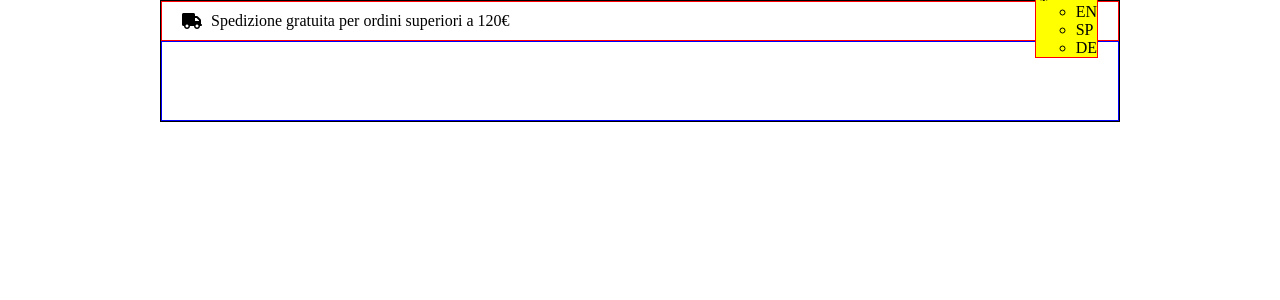
Repository: jacoporm1989/studioFlexbox
Page: FLEXBOX/Header+Navbar1/index.html
The author's editor kept a copy of each file at every save. The page is drawn from the files as they stood at one save, then again after the next save.
The browser window is 1280 px wide. The pictures show the whole page.
The pointer rests on the first visible `.lingue`.

Above is the page before, as saved 2026-06-08 18:04:30.

### FLEXBOX/Header+Navbar1/index.html
<!DOCTYPE html>
<html lang="en">

<head>
    <meta charset="UTF-8">
    <meta name="viewport" content="width=device-width, initial-scale=1.0">

    <link rel="stylesheet" href="https://cdnjs.cloudflare.com/ajax/libs/font-awesome/6.5.2/css/all.min.css">
    <link rel="stylesheet" href="index.css">
    <title>Primo header</title>
</head>

<body>


    <div class="container">


        <header>

            <div class="up">

                <div class="spedizione">

                    <i class="fa-solid fa-truck"></i>
                    <p>Spedizione gratuita per ordini superiori a 120€</p>

                </div>

                <div class="right-bar">
                    <ul class="complete-right-bar">
                        <li><a href="#">Aiuto</a></li>
                        <li><a href="#">Traccia il tuo ordine</a></li>
                        <li class="lingue">
                            <i class="fa-solid fa-globe"></i>
                            <a href="#">IT
                                <i class="fa fa-arrow-down" aria-hidden="true"></i></a>
                            <ul class="sub-lingue">
                                <li>EN</li>
                                <li>SP</li>
                                <li>DE</li>
                            </ul>

                        </li>
                    </ul>


                </div>

            </div>


            <nav>



            </nav>
        </header>



    </div>
</body>

</html>

### FLEXBOX/Header+Navbar1/index.css
* {
    box-sizing: border-box;
    margin: 0;
}

a {
    all:unset;
    cursor: pointer;
}

a:hover {
    background-color:black;
    color: white;
}


.container {

    border: 1px solid black;
    width: 75%;
    margin: auto;

}



.up {
    width: 100%;
    border: 1px solid red;
    height: 40px;
    display:flex;
    flex-direction:row;
    justify-content:space-between;
}


.spedizione{
    display:flex;
    flex-direction:row;
    justify-content:center;
    align-items: center;
    gap:9px;
    margin-left:20px;
}

.right-bar{
    display:flex;
    flex-direction:row;
    justify-content:center;
    align-items: center;
    margin-right:20px;
}

.sub-lingue{
    display:none;
}

.lingue:hover .sub-lingue{
    display:flex;
    flex-direction:column;
}



.complete-right-bar{
    display:flex;
    flex-direction:row;
    list-style: none;
    padding-left: 0;
    margin-left: 0;
    gap:10px;
}


.sub-lingue{
    display:none;
}




.lingue:hover .sub-lingue{
    display:flex;
    flex-direction:column;
}


.lingue {
    background: yellow;
    border: 1px solid red;
}

nav {
    width: 100%;
    border: 1px solid blue;
    height: 80px;
    display:flex;
}

After the next save:
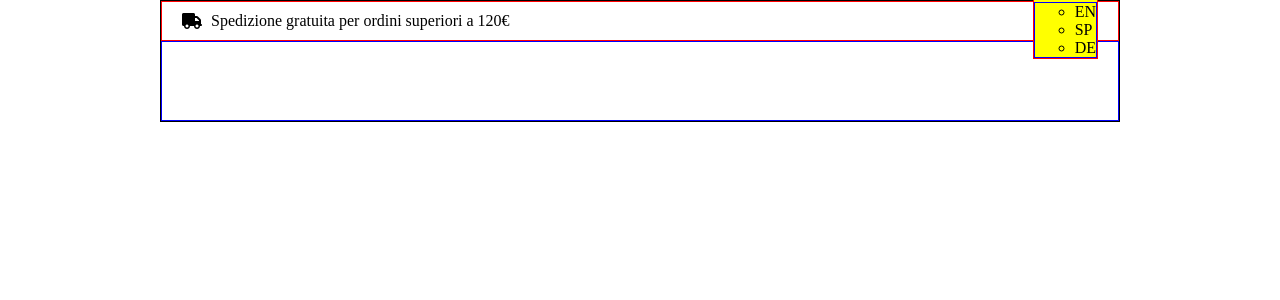
Saved 10 s later.
--- a/FLEXBOX/Header+Navbar1/index.css
+++ b/FLEXBOX/Header+Navbar1/index.css
@@ -81,6 +81,7 @@ a:hover {
 
 .lingue:hover .sub-lingue{
     display:flex;
+    border: 1px solid blue;
     flex-direction:column;
 }
 
